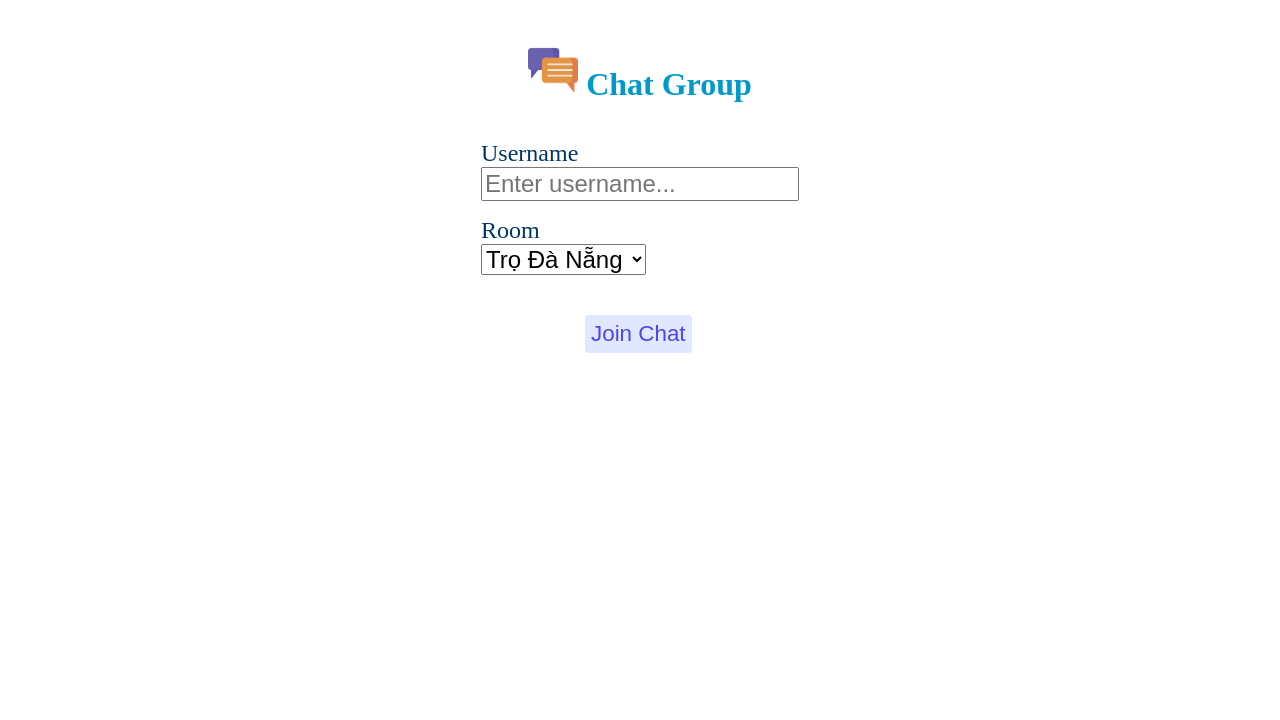
Repository: johnmartin01/chat_app
Page: src/public/index.html
The author's editor kept a copy of each file at every save. The page is drawn from the files as they stood at one save, then again after the next save.
The browser window is 1280 px wide. The pictures show the whole page.
Some web libraries are served in a nearby version.

Above is the page before, as saved 2021-08-19 10:38:34.

After the next save:
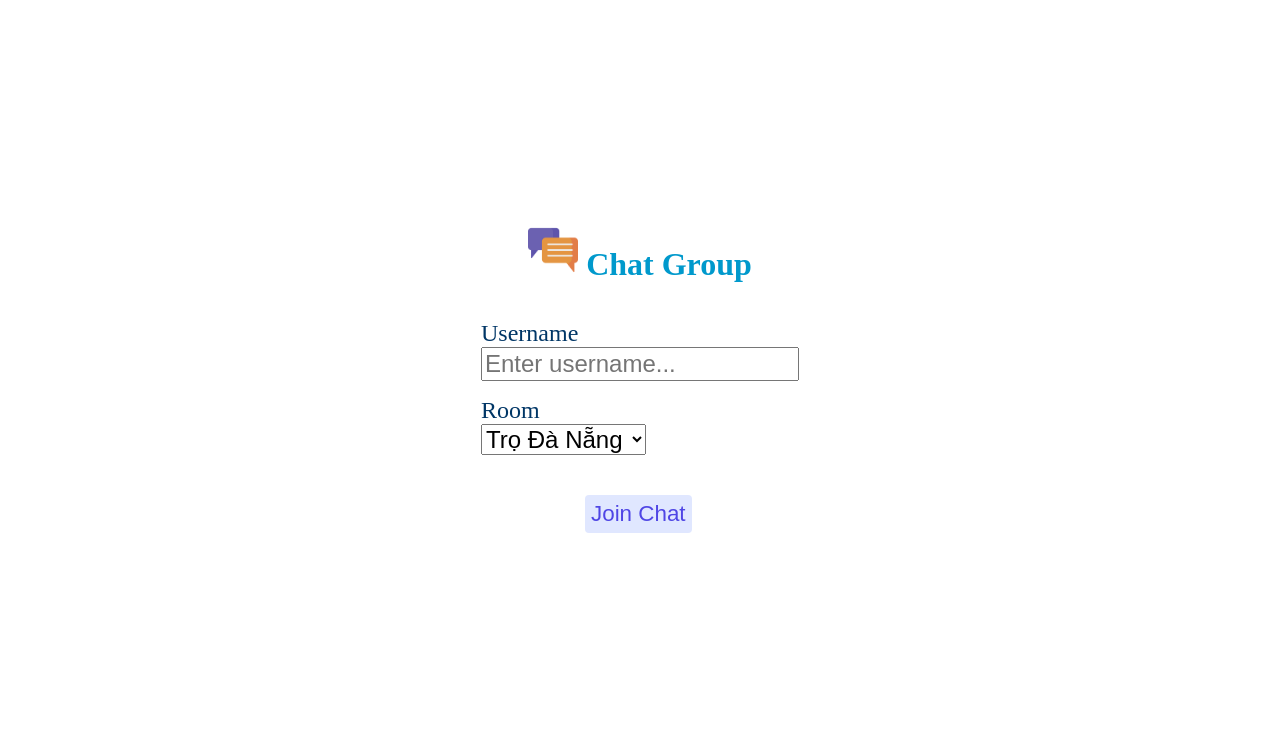
Saved 8 s later.
--- a/src/public/index.html
+++ b/src/public/index.html
@@ -24,7 +24,7 @@
                 display: flex;
                 align-items: center;
                 justify-content: center;
-                height: 100%;
+                height: 100vh;
             }
         </style>
     </head>

After the save that followed:
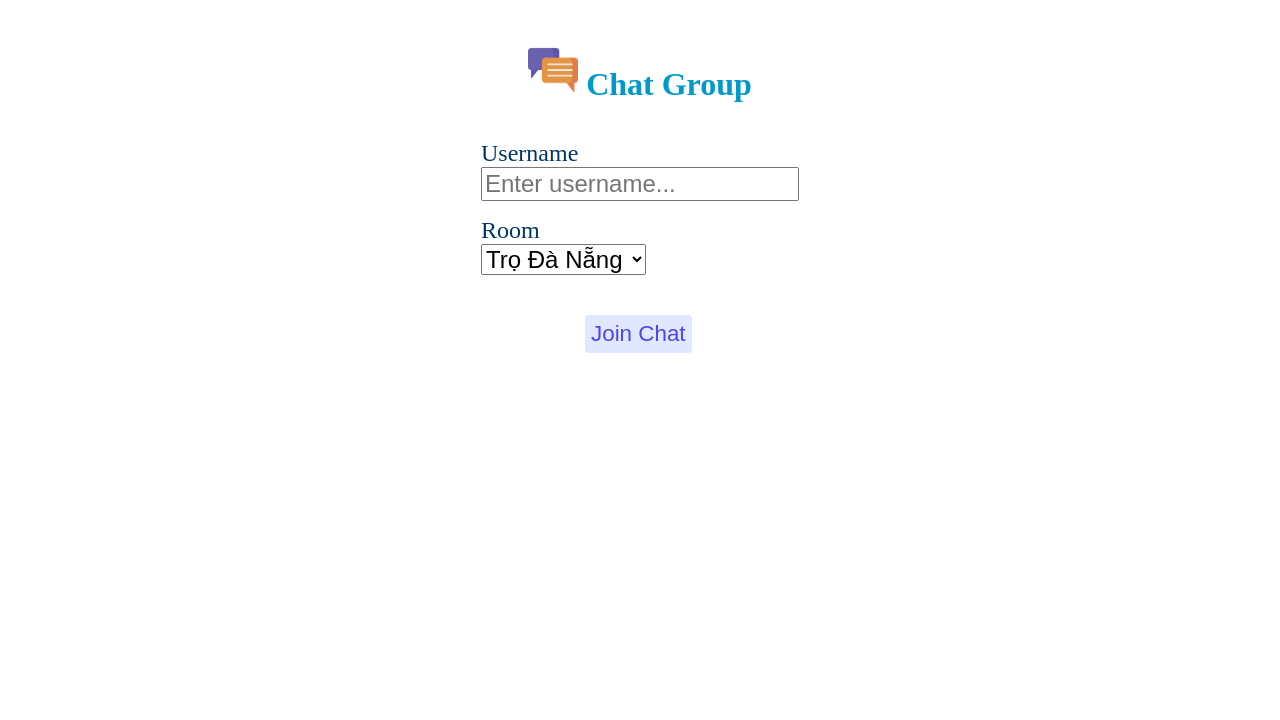
Saved 12 s later.
--- a/src/public/index.html
+++ b/src/public/index.html
@@ -21,10 +21,6 @@
         <title>Join Chat</title>
         <style>
             .join-container {
-                display: flex;
-                align-items: center;
-                justify-content: center;
-                height: 100vh;
             }
         </style>
     </head>
